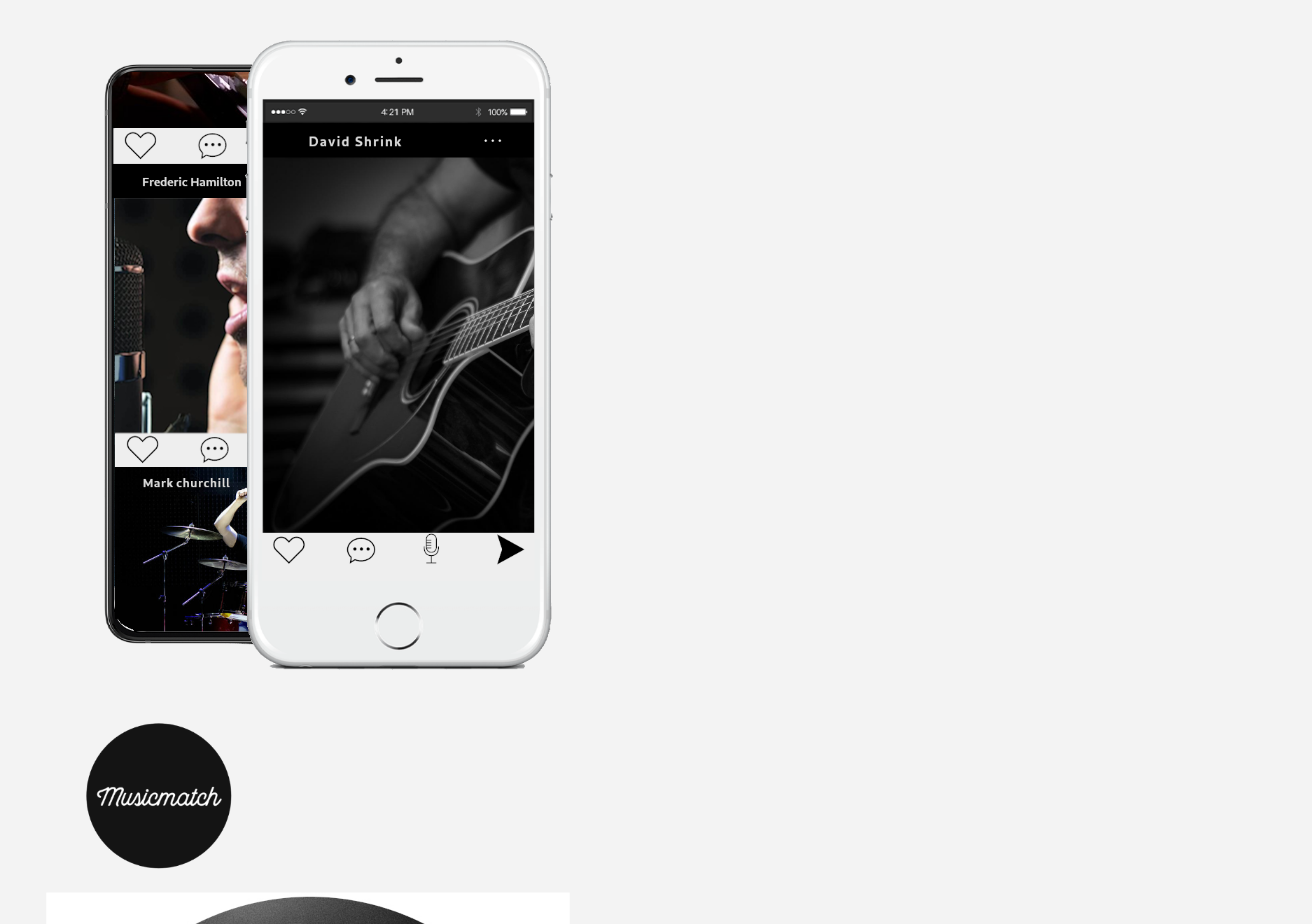
Repository: julianopedraca/matchmusic
Page: index.html
These files come from the project's save history. The page is drawn as it stood at one moment and after a run of saves; the edit follows.
The browser window is 1280 px wide. The page is 1280 px wide, then 1874 px, so the pictures cover 1874 px, including what lies to the right of the window. The pictures show the part of the page from y = 0 to 1320 px (the page is 2321 px tall before and 1027 px after), at 70% of full size.

Above is the page before, as saved 2022-06-09 20:46:21.

### index.html
<!DOCTYPE html>
<html lang="en">

<head>
    <meta charset="UTF-8">
    <meta http-equiv="X-UA-Compatible" content="IE=edge">
    <meta name="viewport" content="width=device-width, initial-scale=1.0">
    <link rel="stylesheet" href="style.css">
    <title>Musicamatch</title>
</head>

<body>
    <div class="musicmatch-wrapper">
        <div class="musicmatch-phone">
            <img src="/src/guitarman.png" alt="celular">
        </div>
        <div class="matchmusic-continue">
            <img src="/src/musicmatchlogo.png" alt="logo">
            <div class="profile-photo">
                <img src="/src/music-black-and-white-photography-guitar-concert-singer-99116-pxhere.com.jpg"
                    alt="foto perfil">
            </div>
            <a href="#" class="musicmatch-login">continue como </a>
            <a href="#" class="misicmatch-logout"> remover conta</a>
        </div>
        <div class="group">
            <p class="not-account">Não é usuario
                <span class="link-blue">Alternar contas</span>
                ou
                <span class="link-blue">criar conta</span>
            </p>
        </div>
        <div class="get-the-app">
            <p class="get-app">Baixe o aplicativo</p>
            <div class="app-store">
                <img src="/src/5a902db97f96951c82922874.png" alt="app store">
                <img src="/src/5a902dbf7f96951c82922875.png" alt="google play">
            </div>
        </div>
</body>

</html>

### style.css
*{
    padding:0;
    margin: 0;
    box-sizing: border-box;
    text-decoration: none;
    font-family: sans-serif;
    font-size: 14px;
}

body{
    width: 100%;
    min-height: 100vh;
    background-color: rgb(243,243,243);
    margin: 0;
    padding: 0;
    display: flex;
    justify-content: center;

}

.musicmatch

After the next 4 saves:
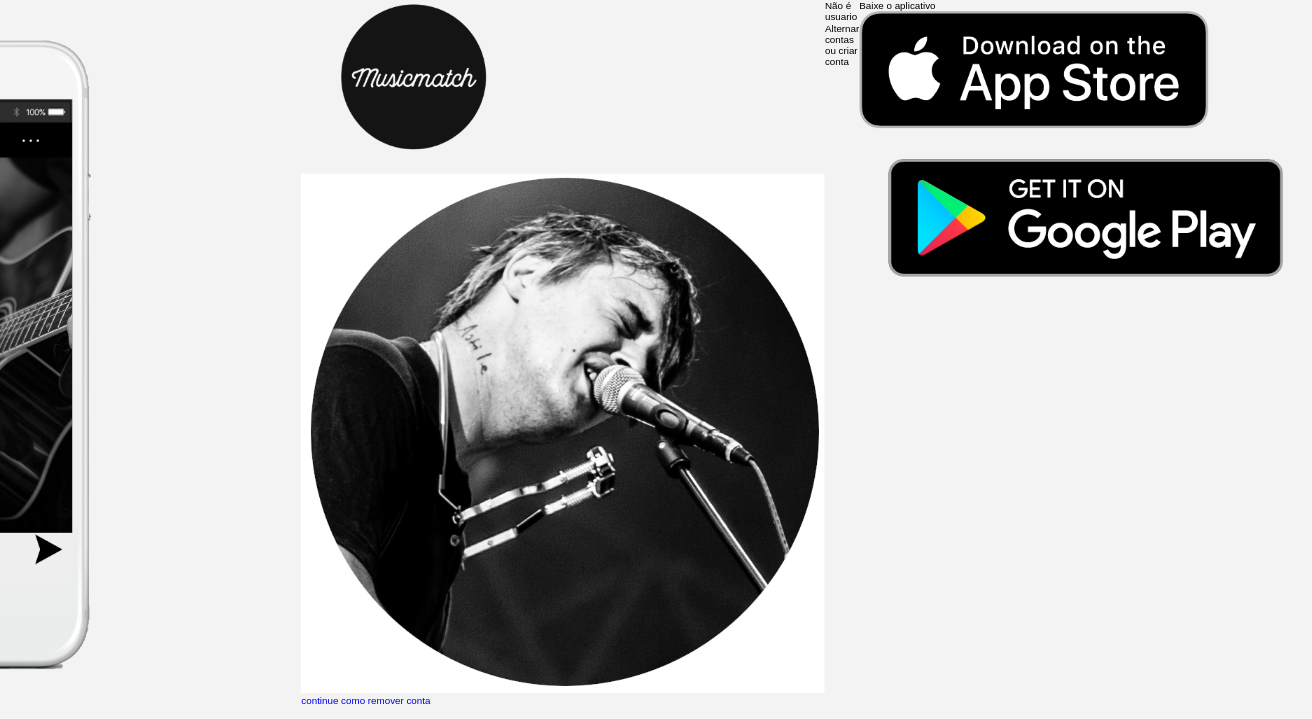
The 4 saves are shown as one change because they came seconds apart.
The last was saved 17 s later.
--- a/style.css
+++ b/style.css
@@ -18,4 +18,6 @@
 
 }
 
-.musicmatch
+.musicmatch-wrapper{
+    display: flex;
+}
